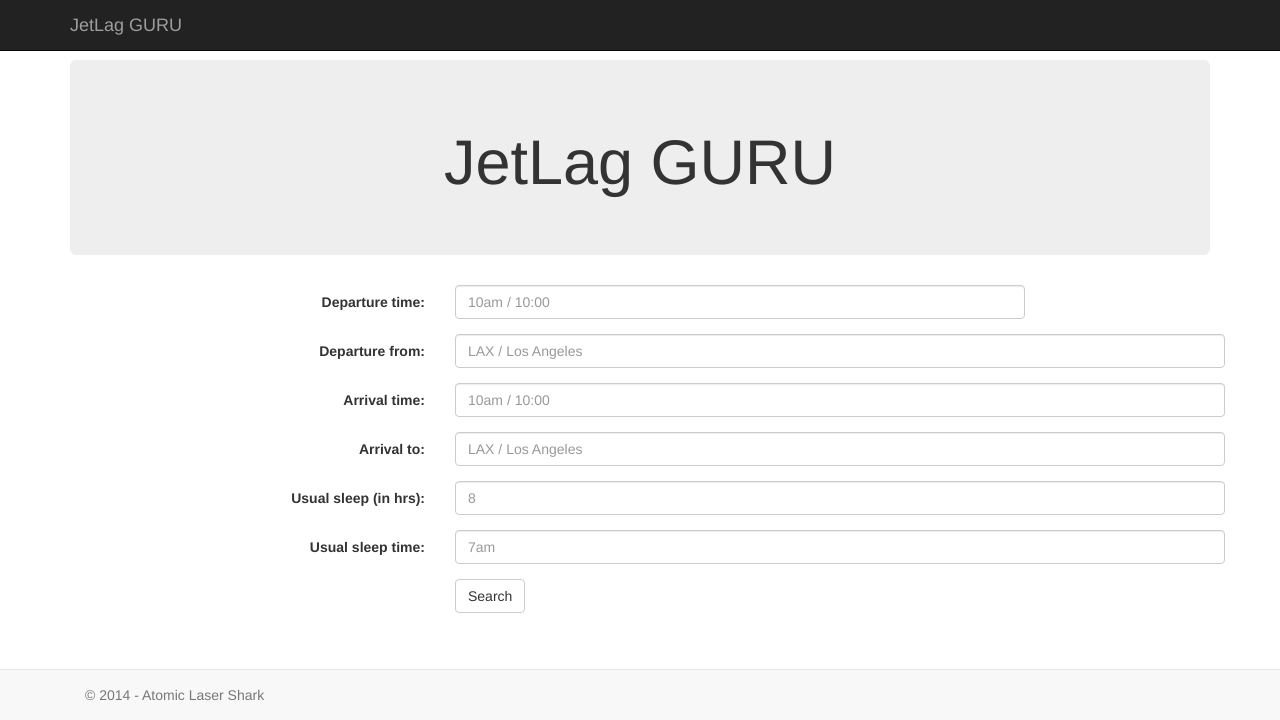
Repository: CzechHackathon2014/jetlag-guru
Page: client/index.html
The author's editor kept a record of every edit. The page is drawn from the files as they stood at one moment, then again after the next edit.
The browser window is 1280 px wide. The pictures show the whole page.

Above is the page before.

After the next edit:
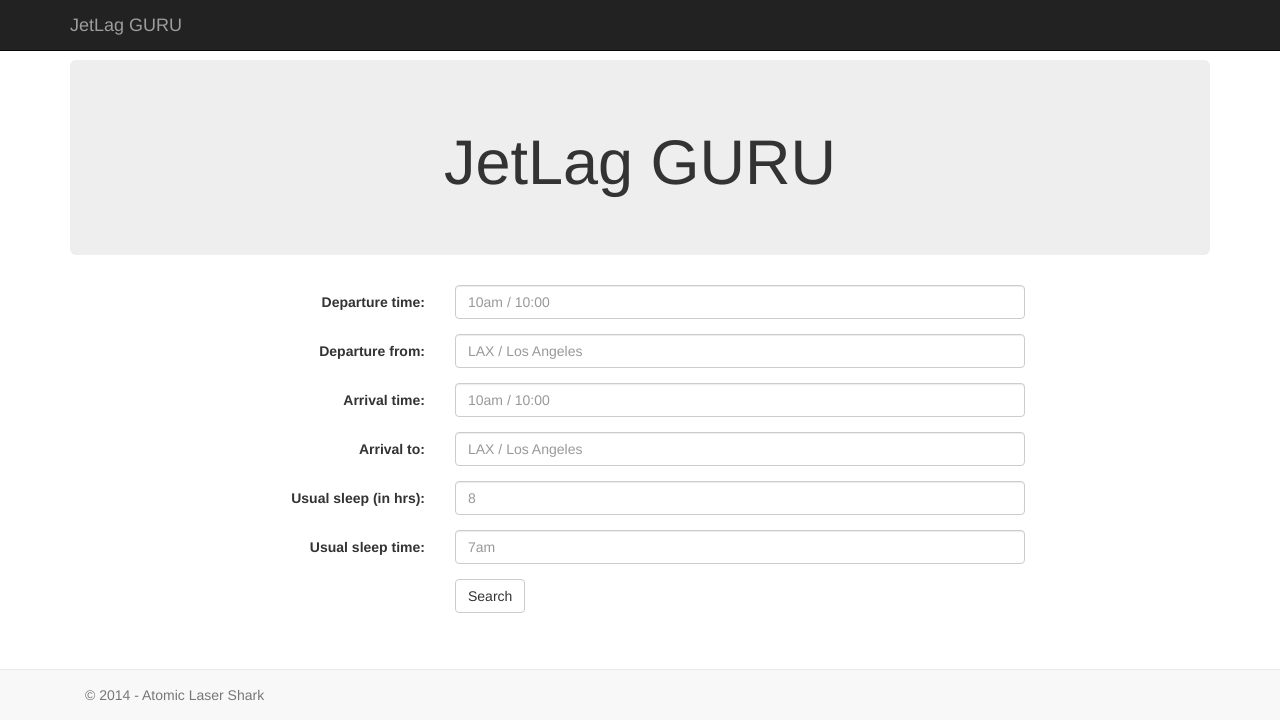
The edit:
--- a/client/index.html
+++ b/client/index.html
@@ -35,31 +35,31 @@
           </div>
           <div class="form-group">
             <label class="control-label col-md-4" for="departureFrom">Departure from:</label>
-            <div class="col-md-8">
+            <div class="col-md-6">
               <input class="form-control airportInput typeahead" type="text" class="form-control" id="departureFrom" placeholder="LAX / Los Angeles">
             </div>
           </div>
           <div class="form-group">
             <label class="control-label col-md-4" for="arrivalTime">Arrival time:</label>
-            <div class="col-md-8">
+            <div class="col-md-6">
               <input type="text" class="form-control" id="arrivalTime" placeholder="10am / 10:00">
             </div>
           </div>
           <div class="form-group">
             <label class="control-label col-md-4" for="arrivalTo">Arrival to:</label>
-            <div class="col-md-8">
+            <div class="col-md-6">
               <input class="form-control airportInput typeahead" type="text" class="form-control" id="arrivalTo" placeholder="LAX / Los Angeles">
             </div>
           </div>
           <div class="form-group">
             <label class="control-label col-md-4" for="usualSleepLength">Usual sleep (in hrs):</label>
-            <div class="col-md-8">
+            <div class="col-md-6">
               <input type="text" class="form-control" id="sleepLength" placeholder="8">
             </div>
           </div>
           <div class="form-group">
             <label class="control-label col-md-4" for="usualSleepTime">Usual sleep time:</label>
-            <div class="col-md-8">
+            <div class="col-md-6">
               <input type="text" class="form-control" id="sleepTime" placeholder="7am">
             </div>
           </div>
